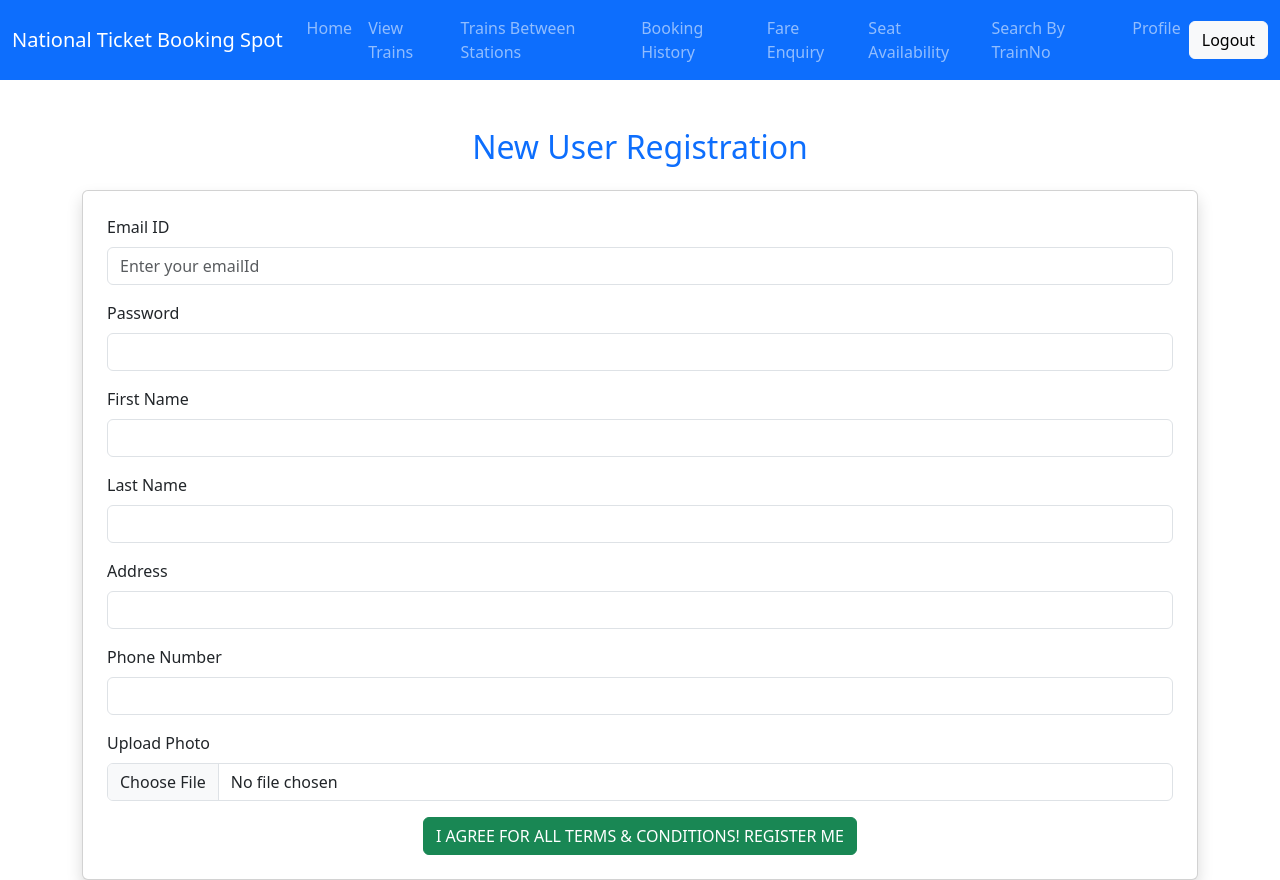
Repository: PrathamSahani/TMS-Sprint2
Page: http://localhost/TMS/UserRegister.jsp
An editor plug-in stored every save of this project. The page is shown before and after the next save, followed by the edit.
The browser window is 1280 px wide. The pictures show the whole page.
The page is served by Tomcat 10. Other server files are loaded and not shown.

Above is the page before, as saved 2025-04-24 00:28:44.

### Update/TMS/src/main/webapp/UserRegister.jsp
<%@ page language="java" contentType="text/html; charset=UTF-8" pageEncoding="UTF-8"%>
<!DOCTYPE html>
<html>
<head>
    <meta charset="UTF-8">
    <title>User Registration - National Ticket Booking Spot</title>
    <link href="https://cdn.jsdelivr.net/npm/bootstrap@5.3.0/dist/css/bootstrap.min.css" rel="stylesheet">
</head>
<body>

<!-- ✅ Navbar -->
<nav class="navbar navbar-expand-lg navbar-dark bg-primary">
    <div class="container-fluid">
        <a class="navbar-brand" href="#">National Ticket Booking Spot</a>
        <div class="collapse navbar-collapse">
            <ul class="navbar-nav me-auto mb-2 mb-lg-0">
                <li class="nav-item"><a class="nav-link" href="userhome">Home</a></li>
                <li class="nav-item"><a class="nav-link" href="userviewtrainfwd">View Trains</a></li>
                <li class="nav-item"><a class="nav-link" href="trainbwstnfwd">Trains Between Stations</a></li>
                <li class="nav-item"><a class="nav-link" href="bookingdetails">Booking History</a></li>
                <li class="nav-item"><a class="nav-link" href="fareenqfwd">Fare Enquiry</a></li>
                <li class="nav-item"><a class="nav-link" href="useravailfwd">Seat Availability</a></li>
                <li class="nav-item"><a class="nav-link" href="usersearchtrain">Search By TrainNo</a></li>
                <li class="nav-item"><a class="nav-link" href="userprofile">Profile</a></li>
            </ul>
            <div class="d-flex">
                <a class="btn btn-light" href="userlogout">Logout</a>
            </div>
        </div>
    </div>
</nav>

<!-- ✅ Registration Form -->
<div class="container mt-5">
    <h2 class="text-center text-primary mb-4">New User Registration</h2>
    <div class="card shadow p-4">
        <form action="userreg" method="post" enctype="multipart/form-data">
            <div class="mb-3">
                <label for="mailid" class="form-label">Email ID</label>
                <input type="email" class="form-control" id="mailid" name="mailid" placeholder="Enter your emailId" required>
            </div>
            <div class="mb-3">
                <label for="pword" class="form-label">Password</label>
                <input type="password" class="form-control" id="pword" name="pword" required>
            </div>
            <div class="mb-3">
                <label for="firstname" class="form-label">First Name</label>
                <input type="text" class="form-control" id="firstname" name="firstname" required>
            </div>
            <div class="mb-3">
                <label for="lastname" class="form-label">Last Name</label>
                <input type="text" class="form-control" id="lastname" name="lastname" required>
            </div>
            <div class="mb-3">
                <label for="address" class="form-label">Address</label>
                <input type="text" class="form-control" id="address" name="address" required>
            </div>
            <div class="mb-3">
                <label for="phoneno" class="form-label">Phone Number</label>
                <input type="number" class="form-control" id="phoneno" name="phoneno" required>
            </div>
            <div class="mb-3">
                <label for="userphoto" class="form-label">Upload Photo</label>
                <input type="file" class="form-control" id="userphoto" name="userphoto">
            </div>
            <div class="text-center">
                <button type="submit" class="btn btn-success">
                    I AGREE FOR ALL TERMS & CONDITIONS! REGISTER ME
                </button>
            </div>
        </form>
    </div>
</div>

<script src="https://cdn.jsdelivr.net/npm/bootstrap@5.3.0/dist/js/bootstrap.bundle.min.js"></script>
</body>
</html>

After the next save:
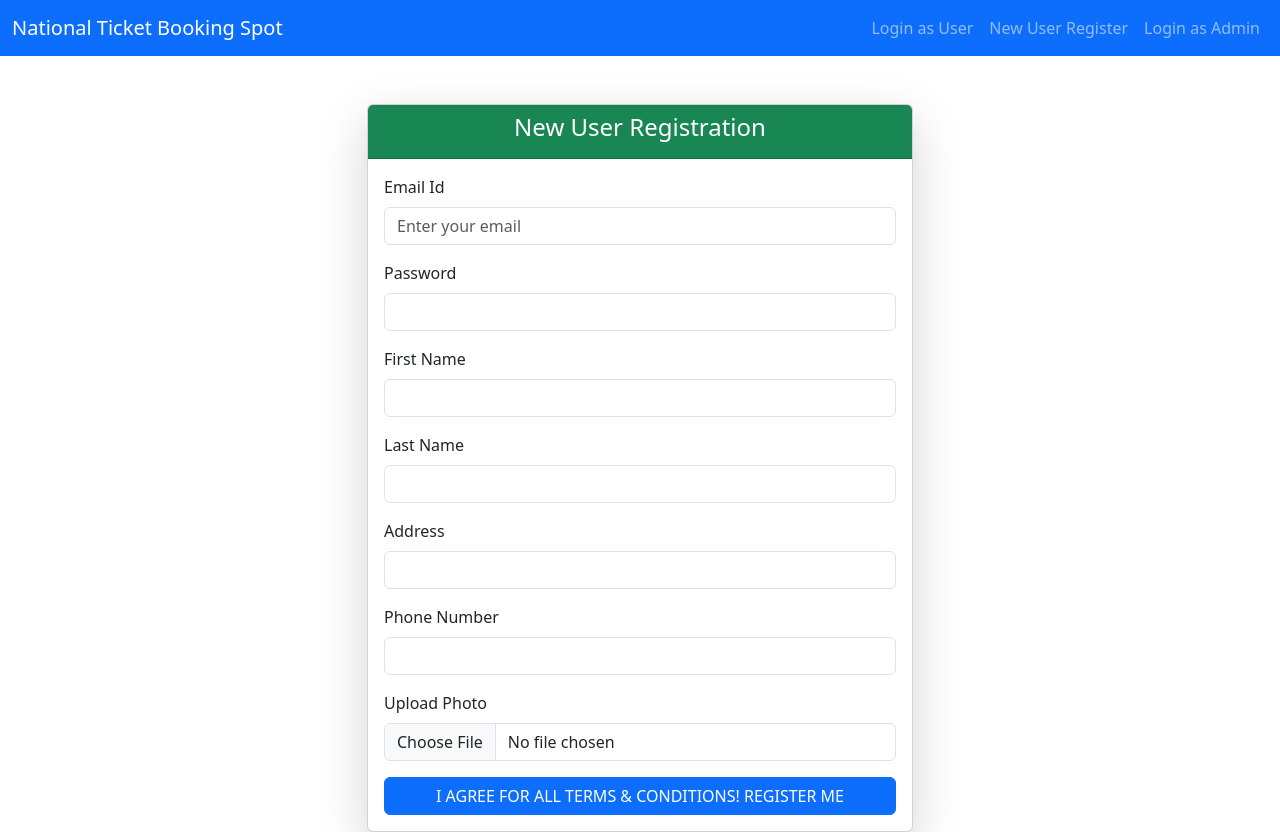
Saved 64 s later.
--- a/Update/TMS/src/main/webapp/UserRegister.jsp
+++ b/Update/TMS/src/main/webapp/UserRegister.jsp
@@ -1,10 +1,11 @@
-<%@ page language="java" contentType="text/html; charset=UTF-8" pageEncoding="UTF-8"%>
+<%@ page language="java" contentType="text/html; charset=UTF-8"
+    pageEncoding="UTF-8"%>
 <!DOCTYPE html>
 <html>
 <head>
     <meta charset="UTF-8">
-    <title>User Registration - National Ticket Booking Spot</title>
-    <link href="https://cdn.jsdelivr.net/npm/bootstrap@5.3.0/dist/css/bootstrap.min.css" rel="stylesheet">
+    <title>User Registration</title>
+    <link href="https://cdn.jsdelivr.net/npm/bootstrap@5.3.2/dist/css/bootstrap.min.css" rel="stylesheet">
 </head>
 <body>
 
@@ -12,66 +13,79 @@
 <nav class="navbar navbar-expand-lg navbar-dark bg-primary">
     <div class="container-fluid">
         <a class="navbar-brand" href="#">National Ticket Booking Spot</a>
-        <div class="collapse navbar-collapse">
-            <ul class="navbar-nav me-auto mb-2 mb-lg-0">
-                <li class="nav-item"><a class="nav-link" href="userhome">Home</a></li>
-                <li class="nav-item"><a class="nav-link" href="userviewtrainfwd">View Trains</a></li>
-                <li class="nav-item"><a class="nav-link" href="trainbwstnfwd">Trains Between Stations</a></li>
-                <li class="nav-item"><a class="nav-link" href="bookingdetails">Booking History</a></li>
-                <li class="nav-item"><a class="nav-link" href="fareenqfwd">Fare Enquiry</a></li>
-                <li class="nav-item"><a class="nav-link" href="useravailfwd">Seat Availability</a></li>
-                <li class="nav-item"><a class="nav-link" href="usersearchtrain">Search By TrainNo</a></li>
-                <li class="nav-item"><a class="nav-link" href="userprofile">Profile</a></li>
+        <button class="navbar-toggler" type="button" data-bs-toggle="collapse"
+                data-bs-target="#navbarNav" aria-controls="navbarNav" aria-expanded="false"
+                aria-label="Toggle navigation">
+            <span class="navbar-toggler-icon"></span>
+        </button>
+
+        <div class="collapse navbar-collapse justify-content-end" id="navbarNav">
+            <ul class="navbar-nav">
+                <li class="nav-item">
+                    <a class="nav-link" href="UserLogin.jsp">Login as User</a>
+                </li>
+                <li class="nav-item">
+                    <a class="nav-link" href="UserRegister.jsp">New User Register</a>
+                </li>
+                <li class="nav-item">
+                    <a class="nav-link" href="AdminLogin.jsp">Login as Admin</a>
+                </li>
             </ul>
-            <div class="d-flex">
-                <a class="btn btn-light" href="userlogout">Logout</a>
-            </div>
         </div>
     </div>
 </nav>
 
-<!-- ✅ Registration Form -->
+<!-- 📝 Registration Form Section -->
 <div class="container mt-5">
-    <h2 class="text-center text-primary mb-4">New User Registration</h2>
-    <div class="card shadow p-4">
-        <form action="userreg" method="post" enctype="multipart/form-data">
-            <div class="mb-3">
-                <label for="mailid" class="form-label">Email ID</label>
-                <input type="email" class="form-control" id="mailid" name="mailid" placeholder="Enter your emailId" required>
+    <div class="row justify-content-center">
+        <div class="col-lg-6 col-md-8">
+            <div class="card shadow-lg rounded">
+                <div class="card-header bg-success text-white text-center">
+                    <h4>New User Registration</h4>
+                </div>
+                <div class="card-body">
+                    <form action="userreg" method="post" enctype="multipart/form-data">
+                        <div class="mb-3">
+                            <label for="mailid" class="form-label">Email Id</label>
+                            <input type="email" class="form-control" id="mailid" name="mailid" placeholder="Enter your email" required>
+                        </div>
+                        <div class="mb-3">
+                            <label for="pword" class="form-label">Password</label>
+                            <input type="password" class="form-control" id="pword" name="pword" required>
+                        </div>
+                        <div class="mb-3">
+                            <label for="firstname" class="form-label">First Name</label>
+                            <input type="text" class="form-control" id="firstname" name="firstname" required>
+                        </div>
+                        <div class="mb-3">
+                            <label for="lastname" class="form-label">Last Name</label>
+                            <input type="text" class="form-control" id="lastname" name="lastname" required>
+                        </div>
+                        <div class="mb-3">
+                            <label for="address" class="form-label">Address</label>
+                            <input type="text" class="form-control" id="address" name="address" required>
+                        </div>
+                        <div class="mb-3">
+                            <label for="phoneno" class="form-label">Phone Number</label>
+                            <input type="tel" class="form-control" id="phoneno" name="phoneno" required>
+                        </div>
+                        <div class="mb-3">
+                            <label for="userphoto" class="form-label">Upload Photo</label>
+                            <input type="file" class="form-control" id="userphoto" name="userphoto">
+                        </div>
+                        <div class="d-grid">
+                            <button type="submit" class="btn btn-primary">
+                                I AGREE FOR ALL TERMS & CONDITIONS! REGISTER ME
+                            </button>
+                        </div>
+                    </form>
+                </div>
             </div>
-            <div class="mb-3">
-                <label for="pword" class="form-label">Password</label>
-                <input type="password" class="form-control" id="pword" name="pword" required>
-            </div>
-            <div class="mb-3">
-                <label for="firstname" class="form-label">First Name</label>
-                <input type="text" class="form-control" id="firstname" name="firstname" required>
-            </div>
-            <div class="mb-3">
-                <label for="lastname" class="form-label">Last Name</label>
-                <input type="text" class="form-control" id="lastname" name="lastname" required>
-            </div>
-            <div class="mb-3">
-                <label for="address" class="form-label">Address</label>
-                <input type="text" class="form-control" id="address" name="address" required>
-            </div>
-            <div class="mb-3">
-                <label for="phoneno" class="form-label">Phone Number</label>
-                <input type="number" class="form-control" id="phoneno" name="phoneno" required>
-            </div>
-            <div class="mb-3">
-                <label for="userphoto" class="form-label">Upload Photo</label>
-                <input type="file" class="form-control" id="userphoto" name="userphoto">
-            </div>
-            <div class="text-center">
-                <button type="submit" class="btn btn-success">
-                    I AGREE FOR ALL TERMS & CONDITIONS! REGISTER ME
-                </button>
-            </div>
-        </form>
+        </div>
     </div>
 </div>
 
-<script src="https://cdn.jsdelivr.net/npm/bootstrap@5.3.0/dist/js/bootstrap.bundle.min.js"></script>
+<!-- ✅ Bootstrap Scripts -->
+<script src="https://cdn.jsdelivr.net/npm/bootstrap@5.3.2/dist/js/bootstrap.bundle.min.js"></script>
 </body>
 </html>
